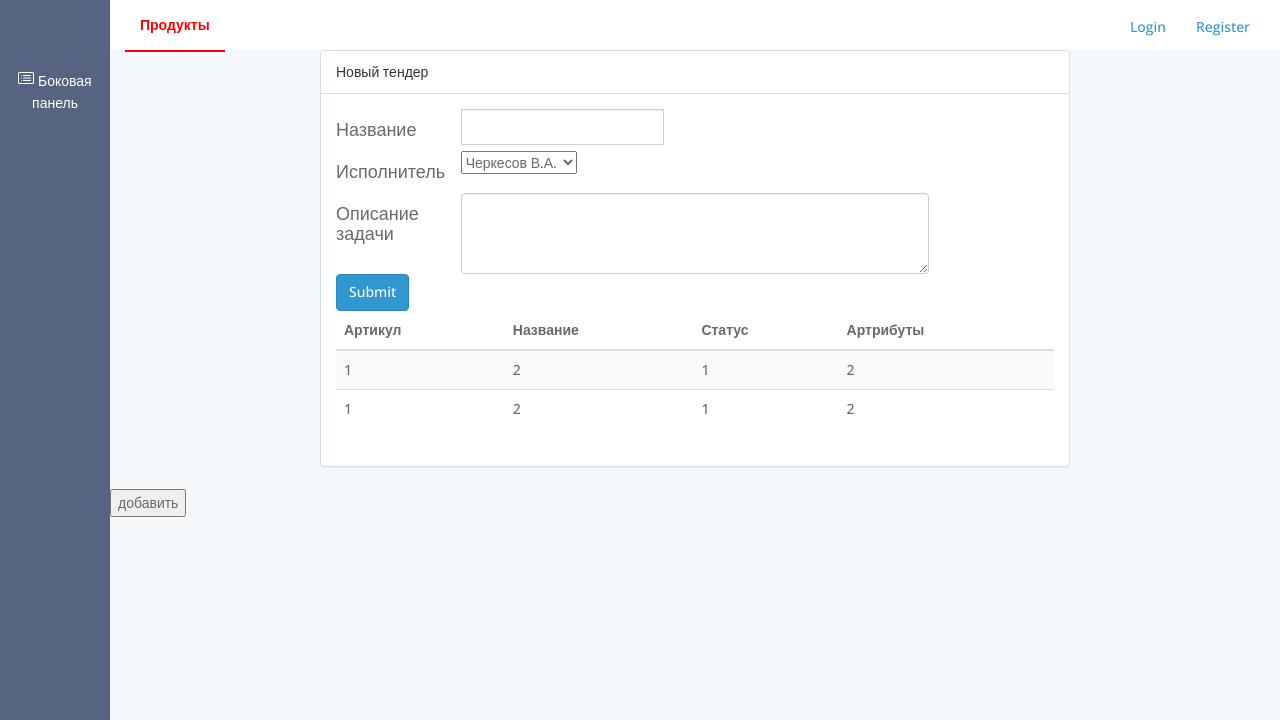
Repository: blackjack043/laravel-crud
Page: http://localhost/page2
These files come from the project's save history. The page is drawn as it stood at one moment and after the next save; the edit follows.
The browser window is 1280 px wide. The pictures show the whole page.
Some web fonts or font styles are not loaded; a fallback is used. The page is served by the project's Laravel application, run on PHP 8.4 with Laravel 8. Other server files are loaded and not shown.

Above is the page before, as saved 2022-03-07 15:50:50.

### routes/web.php
<?php

/*
|--------------------------------------------------------------------------
| Web Routes
|--------------------------------------------------------------------------
|
| Here is where you can register web routes for your application. These
| routes are loaded by the RouteServiceProvider within a group which
| contains the "web" middleware group. Now create something great!
|
*/
use Illuminate\Http\Request;
use App\Contact12;


Route::get('/', function () {
    return view('welcome');
});

Route::get('/page2', function () {
    return view('page2');
});



Route::post('/profile', 'ContactController@submit');

Auth::routes();

Route::get('/home', 'HomeController@index');

Auth::routes();

Route::get('/home', 'HomeController@index');

### resources/views/page2.blade.php
@extends('layouts.app2')

@section('content')
<div class="container">
    <div class="row">
        <div class="col-md-8 col-md-offset-2">
            <div class="panel panel-default">
                <div class="panel-heading">Новый тендер</div>
                <div class="panel-body">


        @if($errors->any())
            <div style=>
            @foreach ($errors->all() as $error)
            <div >
                {{$error}}
            </div>
            @endforeach
            </div>
         @endif
<form  method="POST" action="/profile">
{{ csrf_field() }}

                <div class="row" >
  <div class="col-md-2" ><h4>Название</h4></div>
  <div class="col-md-10">
<div class="input-group" >
<input type="text" name="label" class="form-control"  aria-describedby="sizing-addon2">
                </div></div>
</div>

<div class="row">
  <div class="col-md-2"><h4>Исполнитель</h4></div>
  <div class="col-md-10">
    <select name="ispolnitel">
    <option value="cherkesov">Черкесов В.А.</option>
    <option value="matancev">Матанцев Е.Р.</option>
    </select>
</div>
</div>

<div class="row">
  <div class="col-md-2"><h4>Описание задачи</h4></div>
  <div class="col-md-8">
		<textarea name="text" class="form-control" rows="3"></textarea>
</div>



</div>
<input type="submit" class="btn btn-primary">
</form>


<table class="table table-striped table-hover">
    <thead>
        <tr>
            <th>Артикул</th>
            <th>Название</th>
            <th>Статус</th>
            <th>Артрибуты</th>
            </tr>

    </thead>

    <tbody>
        <tr>
            <td>1</td>
            <td>2</td>
            <td>1</td>
            <td>2</td>
        </tr>
        <tr>
            <td>1</td>
            <td>2</td>
            <td>1</td>
            <td>2</td>
        </tr>
    </tbody>
</table>


                </div>
            </div>
        </div>
    </div>
</div>

<div>

<button>добавить</button>

</div>
@endsection

### resources/views/layouts/app2.blade.php
<!DOCTYPE html>
<html lang="en">
<head>
    <meta charset="utf-8">
    <meta http-equiv="X-UA-Compatible" content="IE=edge">
    <meta name="viewport" content="width=device-width, initial-scale=1">
    <link rel="preconnect" href="https://fonts.googleapis.com">
<link rel="preconnect" href="https://fonts.gstatic.com" crossorigin>
<link href="https://fonts.googleapis.com/css2?family=Open+Sans:wght@300;500;700&display=swap" rel="stylesheet">
    <!-- CSRF Token -->
    <meta name="csrf-token" content="{{ csrf_token() }}">

    <title>{{ config('app.name', 'Laravel') }}</title>

    <!-- Styles -->
    <link href="/css/app.css" rel="stylesheet">

    <!-- Scripts -->
    <script>
        window.Laravel = <?php echo json_encode([
            'csrfToken' => csrf_token(),
        ]); ?>
    </script>
</head>
<body style="font-family: 'Open Sans', sans-serif;">
    <div id="app" style="display: flex;">
        <div style="width:200px; height:100vh;background: #556480;color: white; font-size: 14px;text-align: center; padding-top:70px" >

        <svg xmlns="http://www.w3.org/2000/svg" width="16" height="16" fill="currentColor" class="bi bi-card-list" viewBox="0 0 16 16">
  <path d="M14.5 3a.5.5 0 0 1 .5.5v9a.5.5 0 0 1-.5.5h-13a.5.5 0 0 1-.5-.5v-9a.5.5 0 0 1 .5-.5h13zm-13-1A1.5 1.5 0 0 0 0 3.5v9A1.5 1.5 0 0 0 1.5 14h13a1.5 1.5 0 0 0 1.5-1.5v-9A1.5 1.5 0 0 0 14.5 2h-13z"/>
  <path d="M5 8a.5.5 0 0 1 .5-.5h7a.5.5 0 0 1 0 1h-7A.5.5 0 0 1 5 8zm0-2.5a.5.5 0 0 1 .5-.5h7a.5.5 0 0 1 0 1h-7a.5.5 0 0 1-.5-.5zm0 5a.5.5 0 0 1 .5-.5h7a.5.5 0 0 1 0 1h-7a.5.5 0 0 1-.5-.5zm-1-5a.5.5 0 1 1-1 0 .5.5 0 0 1 1 0zM4 8a.5.5 0 1 1-1 0 .5.5 0 0 1 1 0zm0 2.5a.5.5 0 1 1-1 0 .5.5 0 0 1 1 0z"/>
</svg>
<span style="padding-top: 0px"> Боковая панель</span>
       </div>
        <div style="display:inline; ">
        <nav class="" style="height: 50px; background: white; color:#f5f5f5">
            <div class="container">
                <div class="navbar-header">

                </div>

                <div style="display: flex; justify-content:space-between">
                    <!-- Left Side Of Navbar -->
                    <ul class="nav navbar-nav navbar-left">
                        &nbsp;
                        <li style="border-bottom: 2px solid red; color: red"><a href="#" style="color: red; font-weight: bold">Продукты</a></li>
                    </ul>

                    <!-- Right Side Of Navbar -->
                    <ul class="nav navbar-nav " style="align-self:flex-end">
                        <!-- Authentication Links -->
                        @if (Auth::guest())
                            <li><a href="{{ url('/login') }}">Login</a></li>
                            <li><a href="{{ url('/register') }}">Register</a></li>
                        @else
                            <li class="dropdown">
                                <a href="#" class="dropdown-toggle" data-toggle="dropdown" role="button" aria-expanded="false">
                                    {{ Auth::user()->name }} <span class="caret"></span>
                                </a>

                                <ul class="dropdown-menu" role="menu">
                                    <li>
                                        <a href="{{ url('/logout') }}"
                                            onclick="event.preventDefault();
                                                     document.getElementById('logout-form').submit();">
                                            Logout
                                        </a>

                                        <form id="logout-form" action="{{ url('/logout') }}" method="POST" style="display: none;">
                                            {{ csrf_field() }}
                                        </form>
                                    </li>
                                </ul>
                            </li>
                        @endif
                    </ul>
                </div>
            </div>
        </nav>

        @yield('content')
    </div>
    </div>
    <!-- Scripts -->
    <script src="/js/app.js"></script>
</body>
</html>

Loaded but not shown: app/Http/Controllers/Auth/LoginController.php (common file); app/Http/Controllers/Controller.php (common file); public/css/app.css (library); public/js/app.js (library)

After the next save:
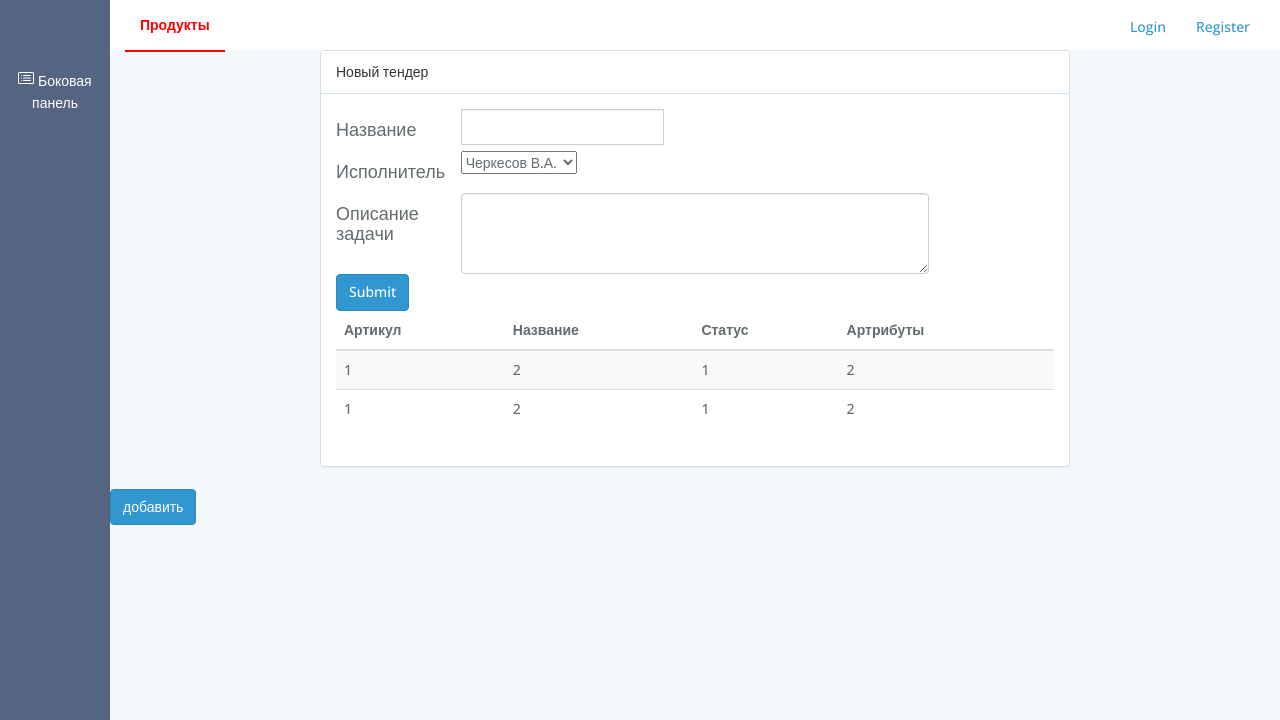
Saved 22 s later.
--- a/resources/views/page2.blade.php
+++ b/resources/views/page2.blade.php
@@ -88,7 +88,7 @@
 
 <div>
 
-<button>добавить</button>
+<button class="btn btn-primary">добавить</button>
 
 </div>
 @endsection
